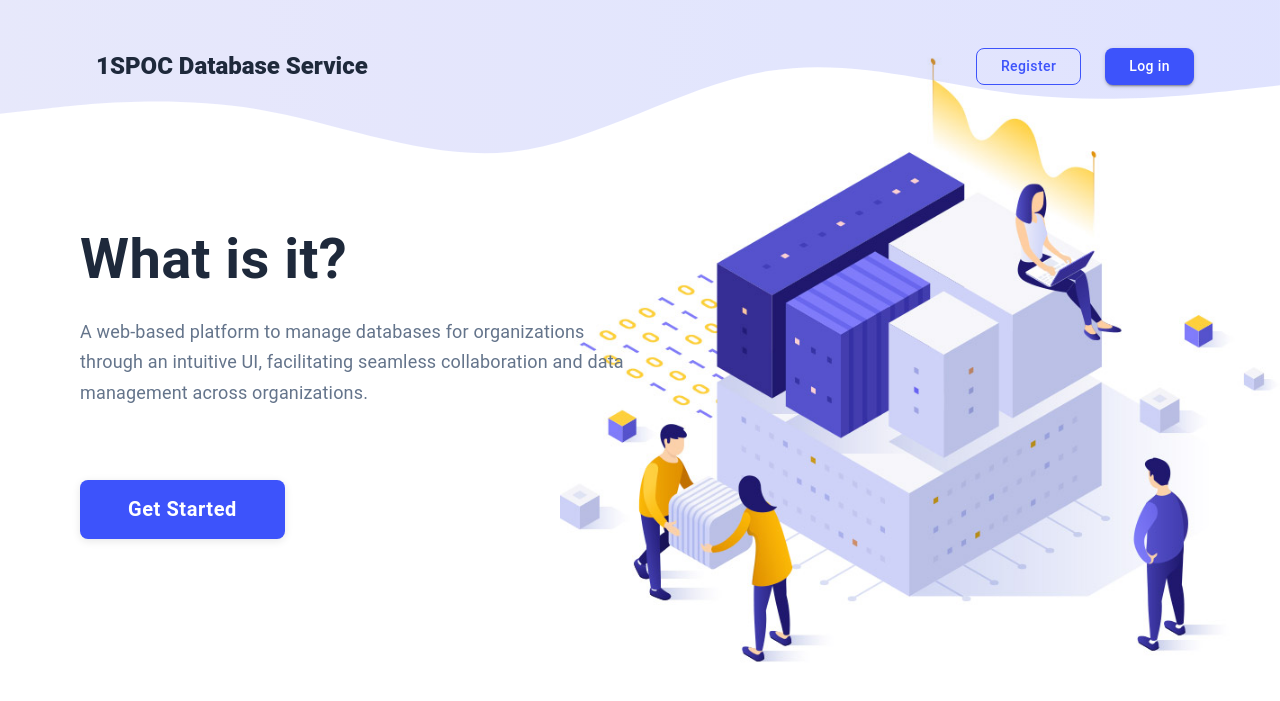
Repository: TanmayVaidya742/DbService
Page: / (app in frontend/)
An editor plug-in stored every save of this project. The page is shown before and after a run of saves, followed by the edit.
The browser window is 1280 px wide. The pictures show the whole page.
The page's requests for data from a server got no answer. The project was rebuilt for these pictures with package versions that can differ from the ones it lists, and the page was loaded fresh each time. No one was signed in, and anything a server would have sent is missing. Also part of the build but not shown: frontend/src/components/Login.js, frontend/src/components/Register.js, frontend/src/components/Dashboard.js, frontend/src/components/AddDatabaseDialog.js, frontend/src/components/UserDashboard.js, frontend/src/components/Organizations.js, frontend/src/components/EditTableDialog.js, frontend/src/components/CreateTableDialog.js and 3 more.

Above is the page before, as saved 2025-05-08 10:54:06.

### frontend/src/App.js
import React, { useState, useEffect } from 'react';
import { BrowserRouter as Router, Routes, Route, Navigate } from 'react-router-dom';
import { ThemeProvider, createTheme } from '@mui/material';
import Login from './components/Login';
import Register from './components/Register';
import Dashboard from './components/Dashboard';
import LandingPage from './components/LandingPage';
import UserDashboard from './components/UserDashboard';
import Organizations from './components/Organizations';
import axios from 'axios';
import DatabaseDetails from './components/DatabaseDetails';
import './styles/theme.css';
import PricingPlans from './components/PricingPlans';


const theme = createTheme({
  palette: {
    primary: {
      main: '#1976d2',
    },
    secondary: {
      main: '#dc004e',
    },
  },
});

const PrivateRoute = ({ children }) => {
  const token = localStorage.getItem('token');
  return token ? children : <Navigate to="/" />;
};

function App() {
  const [hasUsers, setHasUsers] = useState(null);
  const [loading, setLoading] = useState(true);

  useEffect(() => {
    const checkUsers = async () => {
      try {
        const response = await axios.get('http://localhost:5000/api/auth/check-users');
        setHasUsers(response.data.hasUsers);
      } catch (error) {
        console.error('Error checking users:', error);
        setHasUsers(false);
      } finally {
        setLoading(false);
      }
    };

    checkUsers();
  }, []);

  if (loading) {
    return <div>Loading...</div>;
  }

  return (
    <ThemeProvider theme={theme}>
      <Router>
        <Routes>
          <Route path="/" element={<LandingPage />} />
          <Route
            path="/login"
            element={<Login />}
          />
          <Route
            path="/register"
            element={<Register />}
          />
          <Route
            path="/superadmin-dashboard"
            element={
              <PrivateRoute>
                <Dashboard />
              </PrivateRoute>
            }
          />
          <Route path="/databases" element={<UserDashboard />} />
          <Route path="/organizations" element={<Organizations />} />
          <Route path="/database/:dbName" element={<DatabaseDetails />} />
          <Route path="/pricing" element={<PricingPlans />} />


        </Routes>
      </Router>
    </ThemeProvider>
  );
}

export default App;

### frontend/src/styles/theme.css
:root {
  /* Color Palette - Blue Theme */
  --primary-color: #3d53fb; /* Tailwind's blue-500 */
  --primary-hover: #6b9efc; /* Tailwind's blue-600 */
  --primary-light: rgba(59, 130, 246, 0.08);
  --primary-light-hover: rgba(59, 130, 246, 0.12);
  --primary-text: white;

  --secondary-color: #6e74eb; /* Tailwind's blue-400 */
  --error-color: #515ff9;     /* Tailwind's red-500 */
  --success-color: #10b981;   /* Tailwind's emerald-500 */
  --warning-color: #f59e0b;   /* Tailwind's amber-500 */
  --info-color: #0ea5e9;      /* Tailwind's sky-500 */

  /* Background Colors */
  --bg-primary: #ffffff;
  --bg-secondary: #ffffff;    /* Tailwind's slate-50 */
  --bg-paper: #ffffff;

  /* Text Colors */
  --text-primary: #1e293b;    /* Tailwind's slate-800 */
  --text-secondary: #64748b;  /* Tailwind's slate-600 */
  --text-disabled: #94a3b8;   /* Tailwind's slate-400 */

  /* Borders */
  --border-color: rgba(0, 0, 0, 0.12);
  --border-radius: 8px;
  --border-radius-sm: 4px;

  /* Typography */
  --font-family: 'Roboto', 'Helvetica', 'Arial', sans-serif;
  --font-size-base: 1rem;
  --font-size-small: 0.875rem;
  --font-size-large: 1.25rem;

  /* Shadows */
  --shadow-sm: 0 1px 3px rgba(0,0,0,0.12);
  --shadow-md: 0 4px 6px rgba(0,0,0,0.1);
  --shadow-lg: 0 6px 20px rgba(0,0,0,0.1);

  /* Spacing */
  --spacing-unit: 8px;
}

/* Typography classes */
body {
  font-family: var(--font-family);
  color: var(--text-primary);
  background-color: var(--bg-secondary);
}

h1, h2, h3, h4, h5, h6 {
  color: var(--text-primary);
  font-weight: 600;
}

### frontend/src/components/LandingPage.js
import React from 'react';
import { useNavigate } from 'react-router-dom';
import { Button, Container, Typography, Grid } from '@mui/material';
import { styled } from '@mui/material/styles';

const MainSection = styled('section')({
  minHeight: '100vh',
  position: 'relative',
  overflow: 'hidden',
  overflowY: 'hidden',
  backgroundColor: 'rgba(250, 247, 247, 0.1)',
  backgroundImage: 'url(/assets/images/database.jpg)',
  backgroundPosition: 'center right',
  backgroundRepeat: 'no-repeat',
  backgroundSize: 'contain',
  display: 'flex',
  flexDirection: 'column',
  justifyContent: 'center', // Center content vertically
});

const WaveBackground = styled('div')({
  position: 'absolute',
  top: 0,
  left: 0,
  right: 0,
  zIndex: 0,
  opacity: 0.8, // Slightly reduce opacity for better blending
});

const Navbar = styled('nav')({
  position: 'relative',
  zIndex: 2,
  padding: '1.5rem 0', // Increased padding for better spacing
});

const NavContent = styled('div')({
  display: 'flex',
  justifyContent: 'space-between',
  alignItems: 'center',
  padding: '0 1rem', // Add padding for better alignment
});

const LogoContainer = styled('div')({
  display: 'flex',
  alignItems: 'center',
});

const NavButtons = styled('div')({
  display: 'flex',
  gap: '1.5rem', // Increased gap for better spacing between buttons
  justifyContent: 'flex-end',
});

const MainContent = styled('main')({
  position: 'relative',
  zIndex: 1,
  marginTop: '4rem', // Reduced to bring content closer to navbar
  flexGrow: 1, // Allow content to take remaining space
});

const ButtonGroup = styled('div')({
  display: 'flex',
  gap: '1.5rem', // Increased gap for better spacing
  marginTop: '2.5rem', // Slightly increased for balance
});

const ContentContainer = styled('div')({
  display: 'flex',
  flexDirection: 'column',
  justifyContent: 'center',
  height: '100%',
  padding: '3rem', // Increased padding for better spacing
  borderRadius: 'var(--border-radius)',
  maxWidth: '600px', // Constrain width for better readability
});

const LandingPage = () => {
  const navigate = useNavigate();

  return (
    <MainSection>
      <WaveBackground>
        <svg xmlns="http://www.w3.org/2000/svg" viewBox="0 0 1440 320" style={{ display: 'block' }}>
          <defs>
            <linearGradient id="wave-gradient" x1="0%" y1="0%" x2="100%" y2="0%">
              <stop offset="0%" stopColor="var(--secondary-color)" />
              <stop offset="100%" stopColor="var(--primary-color)" />
            </linearGradient>
          </defs>
          <path
            fill="url(#wave-gradient)"
            fillOpacity="0.2"
            d="M0,128L48,122.7C96,117,192,107,288,122.7C384,139,480,181,576,170.7C672,160,768,96,864,80C960,64,1056,96,1152,106.7C1248,117,1344,107,1392,101.3L1440,96L1440,0L1392,0C1344,0,1248,0,1152,0C1056,0,960,0,864,0C768,0,672,0,576,0C480,0,384,0,288,0C192,0,96,0,48,0L0,0Z"
          />
        </svg>
      </WaveBackground>

      <Navbar>
        <Grid paddingLeft={10} marginTop={3}>
          <NavContent>
            <Typography
              variant="h5"
              sx={{
                color: 'var(--text-primary)',
                fontWeight: 900,

                cursor: 'pointer',
                '&:hover': { color: 'var(--primary-color)' }
              }}
              onClick={() => navigate('/')}
            >
              1SPOC Database Service
            </Typography>
            <NavButtons>
            <Button
                variant="outlined"
                sx={{
                  borderColor: 'var(--primary-color)',
                  color: 'var(--primary-color)',
                  textTransform: 'none',
                  px: 3,
                  borderRadius: 'var(--border-radius)',
                  '&:hover': {
                    borderColor: 'var(--primary-hover)',
                    backgroundColor: 'var(--primary-light)',
                  }
                }}
                onClick={() => navigate('/register')}
              >
                Register
              </Button>
              <Button
                variant="contained"
                sx={{
                  bgcolor: 'var(--primary-color)',
                  color: 'var(--primary-text)',
                  textTransform: 'none',
                  px: 3,
                  borderRadius: 'var(--border-radius)',
                  '&:hover': {
                    bgcolor: 'var(--primary-hover)',
                  },
                  mr: '70px'


                }}
                onClick={() => navigate('/login')}
              >
                Log in
              </Button>
            </NavButtons>
          </NavContent>
        </Grid>
      </Navbar>

      <MainContent>
        <Grid maxWidth="lg">
          <Grid
            container
            spacing={4} // Reduced spacing for a tighter layout
            alignItems="center"
            justifyContent="flex-start"
            sx={{ minHeight: 'calc(100vh - 300px)' }}
          >
            <Grid item xs={12} md={6} sx={{ display: 'flex', flexDirection: 'column' }}>
              <ContentContainer>
                <Typography
                  variant="h4"
                  component="h3"
                  gutterBottom
                  sx={{
                    fontWeight: 700,
                    color: 'var(--text-primary)',
                    mb: 3,

                    ml: 4,
                    fontSize: { xs: '2.5rem', md: '3.5rem' },
                    lineHeight: 1.2,
                  }}
                >
                  What is it?
                </Typography>
                <Typography
                  variant="body1"
                  sx={{
                    color: 'var(--text-secondary)',
                    mb: 4,
                    ml:4,
                    fontSize: '1.125rem',
                    lineHeight: 1.7,
                    overflowWrap: 'break-word',
                    whiteSpace: 'normal',
                  }}
                >
                  A web-based platform to manage databases for organizations through an intuitive UI, facilitating seamless collaboration and data management across organizations.
                </Typography>
                <ButtonGroup
                sx={{ml: 4}}>
                  <Button
                    variant="contained"
                    sx={{
                      bgcolor: 'var(--primary-color)',
                      color: 'var(--primary-text)',
                      textTransform: 'none',
                      px: 6,
                      py: 1.5,
                      fontSize: '1.25rem', // Increased font size for emphasis
                      fontWeight: 600, // Bold for emphasis
                      borderRadius: 'var(--border-radius)',
                      boxShadow: '0 2px 8px rgba(0, 0, 0, 0.1)', // Add subtle shadow
                      '&:hover': {
                        bgcolor: 'var(--primary-hover)',
                        boxShadow: '0 4px 12px rgba(0, 0, 0, 0.15)', // Enhanced hover effect
                      },
                    }}
                    onClick={() => navigate('/login')}
                  >
                    Get Started
                  </Button>
                </ButtonGroup>
              </ContentContainer>
            </Grid>
          </Grid>
        </Grid>
      </MainContent>
    </MainSection>
  );
};

export default LandingPage;

Loaded but not shown: frontend/public/index.html (common file); frontend/src/index.js (common file); frontend/src/index.css (common file); frontend/src/reportWebVitals.js (common file)

After the next 2 saves:
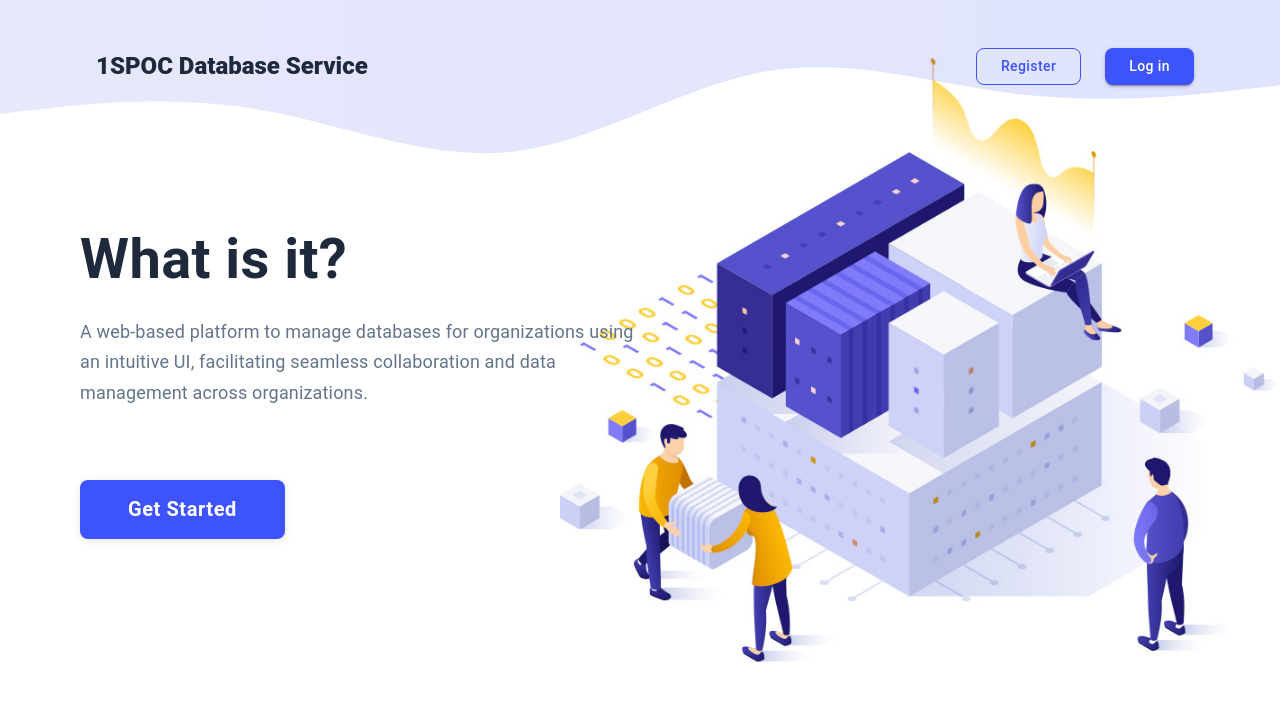
The 2 saves are shown as one change because they came seconds apart.
The last was saved 9 s later.
--- a/frontend/src/components/LandingPage.js
+++ b/frontend/src/components/LandingPage.js
@@ -192,7 +192,7 @@ const LandingPage = () => {
                     whiteSpace: 'normal',
                   }}
                 >
-                  A web-based platform to manage databases for organizations through an intuitive UI, facilitating seamless collaboration and data management across organizations.
+                  A web-based platform to manage databases for organizations using an intuitive UI, facilitating seamless collaboration and data management across organizations.
                 </Typography>
                 <ButtonGroup
                 sx={{ml: 4}}>
